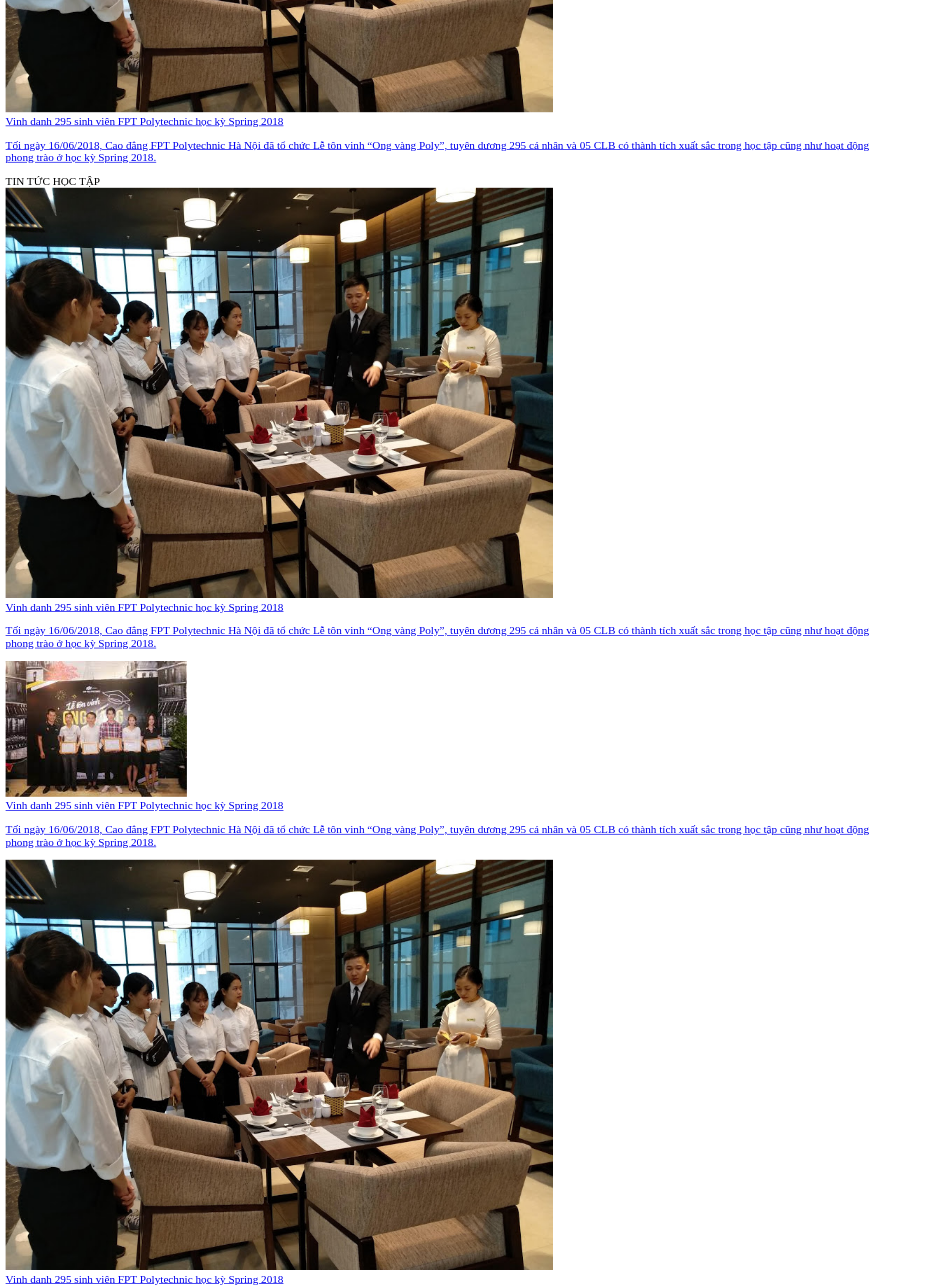
Repository: manhkkkk/assigntment
Page: index.html
These files come from the project's save history. The page is drawn as it stood at one moment and after the next save; the edit follows.
The browser window is 1280 px wide. The page is 1359 px wide, so the pictures cover 1359 px, including what lies to the right of the window. The pictures show the part of the page from y = 2565 to 4405 px (the page is 4470 px tall before and 2842 px after), at 70% of full size.

Above is the page before, as saved 2022-01-10 08:25:00.

### index.html
<!DOCTYPE html>
<html lang="en">
    <head>
        <meta charset="UTF-8" />
        <link rel="icon" type="image/svg+xml" href="favicon.svg" />
        <meta http-equiv="X-UA-Compatible" content="IE=edge" />
        <meta name="viewport" content="width=device-width, initial-scale=1.0" />
        <link rel="stylesheet" href="./style.css" />
        <title>Document</title>
    </head>
    <body>
        <header>
            <div class="container mx-auto px-4">
                <div class="bg-blue-900 mx-auto">
                    <img
                        src="./image/logo.png"
                        alt="website logo"
                        class="w-80 h-auto mx-auto"
                    />
                </div>
                <nav
                    class="flex justify-between items-center bg-orange-600 px-3 py-3"
                >
                    <ul
                        class="flex flex-row w-full justify-center items-center"
                        red
                        transitiongreen
                        duration-600
                        ease-in
                    >
                        <li
                            class="mx-12 text-white not-italic font-normal text-lg hover:text-green-500 transition duration-600 ease-in"
                        >
                            <a href="">Trang Chủ</a>
                        </li>
                        <li
                            class="mx-12 text-white not-italic font-normal text-lg hover:text-green-500 transition duration-600 ease-in"
                        >
                            <a href="">Tuyển Sinh</a>
                        </li>
                        <li
                            class="mx-12 text-white not-italic font-normal text-lg hover:text-green-500 transition duration-600 ease-in"
                        >
                            <a href="">Chương Trình Đào Tạo</a>
                        </li>
                        <li
                            class="mx-12 text-white not-italic font-normal text-lg hover:text-green-500 transition duration-600 ease-in"
                        >
                            <a href="">Góc Tuyển Sinh</a>
                        </li>
                        <li
                            class="mx-12 text-white not-italic font-normal text-lg hover:text-green-500 transition duration-600 ease-in"
                        >
                            <a href="">Tuyển Dụng</a>
                        </li>
                    </ul>
                    <div class="flex right-3">
                        <div>
                            <input
                                class="py-1 border-none px-2"
                                type="text"
                                placeholder="Search.."
                            />
                        </div>
                        <div class="pl-5">
                            <button
                                class="bg-blue-900 py-1 px-3 border-solid border border-white-900 text-white hover:bg-green-500 transition duration-600 ease-in"
                                type="submit"
                            >
                                Submit
                            </button>
                        </div>
                    </div>
                </nav>
                <div
                    class="w-full h-auto pt-4 bg-cover bg-center overflow-hidden"
                >
                    <img
                        class="mySlides w-full h-auto bg-cover bg-center relative"
                        src="./image/Banner1.png"
                    />
                    <img
                        class="mySlides w-full h-auto bg-cover bg-center relative"
                        src="./image/Banner2.png"
                    />
                </div>
            </div>
        </header>
        <section>
            <div class="container mx-auto px-4">
                <article>
                    <div class="py-5">
                        <span class="text-2xl font-bold text-blue-900"
                            >TIN TỨC HỌC TẬP</span
                        >
                    </div>
                    <div class="grid gap-4 grid-cols-3 grid-rows-3">
                        <article class="border border-sky-500 p-7">
                            <div>
                                <a href=""
                                    ><img
                                        src="./image/im-3.png"
                                        class="w-full p-2 transform hover: transition duration-500 hover:scale-[1.1] overflow-hidden"
                                /></a>
                            </div>
                            <div>
                                <div class="py-3">
                                    <span
                                        class="text-xl font-bold text-red-900 hover:text-green-500 transition duration-600 ease-in"
                                        ><a href="#">
                                            Vinh danh 295 sinh viên FPT
                                            Polytechnic học kỳ Spring 2018
                                        </a>
                                    </span>
                                </div>
                                <p
                                    class="text-justify not-italic text-base hover:text-green-500 transition duration-600 ease-in"
                                >
                                    <a href="#">
                                        Tối ngày 16/06/2018, Cao đẳng FPT
                                        Polytechnic Hà Nội đã tổ chức Lễ tôn
                                        vinh “Ong vàng Poly”, tuyên dương 295 cá
                                        nhân và 05 CLB có thành tích xuất sắc
                                        trong học tập cũng như hoạt động phong
                                        trào ở học kỳ Spring 2018.
                                    </a>
                                </p>
                            </div>
                        </article>
                        <article class="border border-sky-500 p-7">
                            <div>
                                <a href=""
                                    ><img
                                        src="./image/im-1.png"
                                        class="w-full p-2 transform hover: transition duration-500 hover:scale-[1.1] overflow-hidden"
                                /></a>
                            </div>
                            <div>
                                <div class="py-3">
                                    <span
                                        class="text-xl font-bold text-red-900 hover:text-green-500 transition duration-600 ease-in"
                                        ><a href="#">
                                            Vinh danh 295 sinh viên FPT
                                            Polytechnic học kỳ Spring 2018
                                        </a>
                                    </span>
                                </div>
                                <p
                                    class="text-justify not-italic text-base hover:text-green-500 transition duration-600 ease-in"
                                >
                                    <a href="#">
                                        Tối ngày 16/06/2018, Cao đẳng FPT
                                        Polytechnic Hà Nội đã tổ chức Lễ tôn
                                        vinh “Ong vàng Poly”, tuyên dương 295 cá
                                        nhân và 05 CLB có thành tích xuất sắc
                                        trong học tập cũng như hoạt động phong
                                        trào ở học kỳ Spring 2018.
                                    </a>
                                </p>
                            </div>
                        </article>

                        <article class="border border-sky-500 p-7">
                            <div>
                                <a href=""
                                    ><img
                                        src="./image/im-3.png"
                                        class="w-full p-2 transform hover: transition duration-500 hover:scale-[1.1] overflow-hidden"
                                /></a>
                            </div>
                            <div>
                                <div class="py-3">
                                    <span
                                        class="text-xl font-bold text-red-900 hover:text-green-500 transition duration-600 ease-in"
                                        ><a href="#">
                                            Vinh danh 295 sinh viên FPT
                                            Polytechnic học kỳ Spring 2018
                                        </a>
                                    </span>
                                </div>
                                <p
                                    class="text-justify not-italic text-base hover:text-green-500 transition duration-600 ease-in"
                                >
                                    <a href="#">
                                        Tối ngày 16/06/2018, Cao đẳng FPT
                                        Polytechnic Hà Nội đã tổ chức Lễ tôn
                                        vinh “Ong vàng Poly”, tuyên dương 295 cá
                                        nhân và 05 CLB có thành tích xuất sắc
                                        trong học tập cũng như hoạt động phong
                                        trào ở học kỳ Spring 2018.
                                    </a>
                                </p>
                            </div>
                        </article>
                    </div>
                </article>
                <article>
                    <div class="py-5">
                        <span class="text-2xl font-bold text-blue-900"
                            >TIN TỨC HỌC TẬP</span
                        >
                    </div>
                    <div class="grid gap-4 grid-cols-3 grid-rows-3">
                        <article class="border border-sky-500 p-7">
                            <div>
                                <a href=""
                                    ><img
                                        src="./image/im-3.png"
                                        class="w-full p-2 transform hover: transition duration-500 hover:scale-[1.1] overflow-hidden"
                                /></a>
                            </div>
                            <div>
                                <div class="py-3">
                                    <span
                                        class="text-xl font-bold text-red-900 hover:text-green-500 transition duration-600 ease-in"
                                        ><a href="#">
                                            Vinh danh 295 sinh viên FPT
                                            Polytechnic học kỳ Spring 2018
                                        </a>
                                    </span>
                                </div>
                                <p
                                    class="text-justify not-italic text-base hover:text-green-500 transition duration-600 ease-in"
                                >
                                    <a href="#">
                                        Tối ngày 16/06/2018, Cao đẳng FPT
                                        Polytechnic Hà Nội đã tổ chức Lễ tôn
                                        vinh “Ong vàng Poly”, tuyên dương 295 cá
                                        nhân và 05 CLB có thành tích xuất sắc
                                        trong học tập cũng như hoạt động phong
                                        trào ở học kỳ Spring 2018.
                                    </a>
                                </p>
                            </div>
                        </article>
                        <article class="border border-sky-500 p-7">
                            <div>
                                <a href=""
                                    ><img
                                        src="./image/im-1.png"
                                        class="w-full p-2 transform hover: transition duration-500 hover:scale-[1.1] overflow-hidden"
                                /></a>
                            </div>
                            <div>
                                <div class="py-3">
                                    <span
                                        class="text-xl font-bold text-red-900 hover:text-green-500 transition duration-600 ease-in"
                                        ><a href="#">
                                            Vinh danh 295 sinh viên FPT
                                            Polytechnic học kỳ Spring 2018
                                        </a>
                                    </span>
                                </div>
                                <p
                                    class="text-justify not-italic text-base hover:text-green-500 transition duration-600 ease-in"
                                >
                                    <a href="#">
                                        Tối ngày 16/06/2018, Cao đẳng FPT
                                        Polytechnic Hà Nội đã tổ chức Lễ tôn
                                        vinh “Ong vàng Poly”, tuyên dương 295 cá
                                        nhân và 05 CLB có thành tích xuất sắc
                                        trong học tập cũng như hoạt động phong
                                        trào ở học kỳ Spring 2018.
                                    </a>
                                </p>
                            </div>
                        </article>

                        <article class="border border-sky-500 p-7">
                            <div>
                                <a href=""
                                    ><img
                                        src="./image/im-3.png"
                                        class="w-full p-2 transform hover: transition duration-500 hover:scale-[1.1] overflow-hidden"
                                /></a>
                            </div>
                            <div>
                                <div class="py-3">
                                    <span
                                        class="text-xl font-bold text-red-900 hover:text-green-500 transition duration-600 ease-in"
                                        ><a href="#">
                                            Vinh danh 295 sinh viên FPT
                                            Polytechnic học kỳ Spring 2018
                                        </a>
                                    </span>
                                </div>
                                <p
                                    class="text-justify not-italic text-base hover:text-green-500 transition duration-600 ease-in"
                                >
                                    <a href="#">
                                        Tối ngày 16/06/2018, Cao đẳng FPT
                                        Polytechnic Hà Nội đã tổ chức Lễ tôn
                                        vinh “Ong vàng Poly”, tuyên dương 295 cá
                                        nhân và 05 CLB có thành tích xuất sắc
                                        trong học tập cũng như hoạt động phong
                                        trào ở học kỳ Spring 2018.
                                    </a>
                                </p>
                            </div>
                        </article>
                    </div>
                </article>
            </div>
        </section>
        <script type="module" src="./src/main.js"></script>
    </body>
</html>

### style.css
@tailwind base;
@tailwind components;
@tailwind utilities;
.mySlides {
    position: relative;
    animation: animateright 0.4s;
}
@keyframes animateright {
    from {
        right: -300px;
        opacity: 0;
    }
    to {
        right: 0;
        opacity: 1;
    }
}

### src/main.js
var myIndex = 0;
carousel();

function carousel() {
  var i;
  var x = document.getElementsByClassName("mySlides");
  for (i = 0; i < x.length; i++) {
    x[i].style.display = "none";
  }
  myIndex++;
  if (myIndex > x.length) {myIndex = 1}
  x[myIndex-1].style.display = "block";
  setTimeout(carousel, 3000);
}

After the next save:
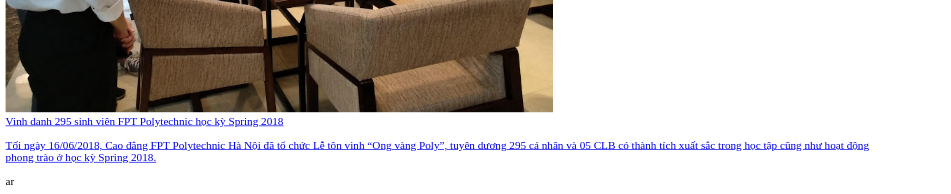
Saved 54 s later.
--- a/index.html
+++ b/index.html
@@ -194,112 +194,7 @@
                         </article>
                     </div>
                 </article>
-                <article>
-                    <div class="py-5">
-                        <span class="text-2xl font-bold text-blue-900"
-                            >TIN TỨC HỌC TẬP</span
-                        >
-                    </div>
-                    <div class="grid gap-4 grid-cols-3 grid-rows-3">
-                        <article class="border border-sky-500 p-7">
-                            <div>
-                                <a href=""
-                                    ><img
-                                        src="./image/im-3.png"
-                                        class="w-full p-2 transform hover: transition duration-500 hover:scale-[1.1] overflow-hidden"
-                                /></a>
-                            </div>
-                            <div>
-                                <div class="py-3">
-                                    <span
-                                        class="text-xl font-bold text-red-900 hover:text-green-500 transition duration-600 ease-in"
-                                        ><a href="#">
-                                            Vinh danh 295 sinh viên FPT
-                                            Polytechnic học kỳ Spring 2018
-                                        </a>
-                                    </span>
-                                </div>
-                                <p
-                                    class="text-justify not-italic text-base hover:text-green-500 transition duration-600 ease-in"
-                                >
-                                    <a href="#">
-                                        Tối ngày 16/06/2018, Cao đẳng FPT
-                                        Polytechnic Hà Nội đã tổ chức Lễ tôn
-                                        vinh “Ong vàng Poly”, tuyên dương 295 cá
-                                        nhân và 05 CLB có thành tích xuất sắc
-                                        trong học tập cũng như hoạt động phong
-                                        trào ở học kỳ Spring 2018.
-                                    </a>
-                                </p>
-                            </div>
-                        </article>
-                        <article class="border border-sky-500 p-7">
-                            <div>
-                                <a href=""
-                                    ><img
-                                        src="./image/im-1.png"
-                                        class="w-full p-2 transform hover: transition duration-500 hover:scale-[1.1] overflow-hidden"
-                                /></a>
-                            </div>
-                            <div>
-                                <div class="py-3">
-                                    <span
-                                        class="text-xl font-bold text-red-900 hover:text-green-500 transition duration-600 ease-in"
-                                        ><a href="#">
-                                            Vinh danh 295 sinh viên FPT
-                                            Polytechnic học kỳ Spring 2018
-                                        </a>
-                                    </span>
-                                </div>
-                                <p
-                                    class="text-justify not-italic text-base hover:text-green-500 transition duration-600 ease-in"
-                                >
-                                    <a href="#">
-                                        Tối ngày 16/06/2018, Cao đẳng FPT
-                                        Polytechnic Hà Nội đã tổ chức Lễ tôn
-                                        vinh “Ong vàng Poly”, tuyên dương 295 cá
-                                        nhân và 05 CLB có thành tích xuất sắc
-                                        trong học tập cũng như hoạt động phong
-                                        trào ở học kỳ Spring 2018.
-                                    </a>
-                                </p>
-                            </div>
-                        </article>
-
-                        <article class="border border-sky-500 p-7">
-                            <div>
-                                <a href=""
-                                    ><img
-                                        src="./image/im-3.png"
-                                        class="w-full p-2 transform hover: transition duration-500 hover:scale-[1.1] overflow-hidden"
-                                /></a>
-                            </div>
-                            <div>
-                                <div class="py-3">
-                                    <span
-                                        class="text-xl font-bold text-red-900 hover:text-green-500 transition duration-600 ease-in"
-                                        ><a href="#">
-                                            Vinh danh 295 sinh viên FPT
-                                            Polytechnic học kỳ Spring 2018
-                                        </a>
-                                    </span>
-                                </div>
-                                <p
-                                    class="text-justify not-italic text-base hover:text-green-500 transition duration-600 ease-in"
-                                >
-                                    <a href="#">
-                                        Tối ngày 16/06/2018, Cao đẳng FPT
-                                        Polytechnic Hà Nội đã tổ chức Lễ tôn
-                                        vinh “Ong vàng Poly”, tuyên dương 295 cá
-                                        nhân và 05 CLB có thành tích xuất sắc
-                                        trong học tập cũng như hoạt động phong
-                                        trào ở học kỳ Spring 2018.
-                                    </a>
-                                </p>
-                            </div>
-                        </article>
-                    </div>
-                </article>
+                ar
             </div>
         </section>
         <script type="module" src="./src/main.js"></script>
